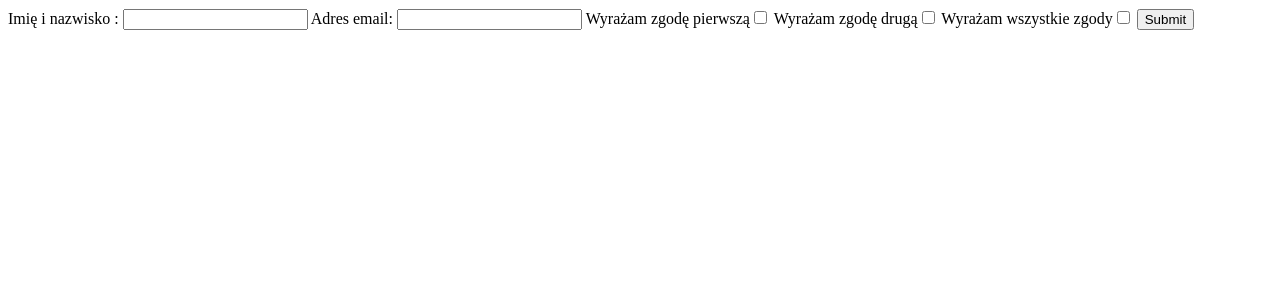
Repository: magdaf41/JavaScript
Page: JS DOM zadanie_5/index.html
The author's editor kept a copy of each file at every save. The page is drawn from the files as they stood at one save, then again after the next save.
The browser window is 1280 px wide. The pictures show the whole page.

Above is the page before, as saved 2020-09-06 15:33:11.

### JS DOM zadanie_5/index.html
<!DOCTYPE html>
<html lang="en">

<head>
    <meta charset="UTF-8">
    <meta name="viewport" content="width=device-width, initial-scale=1.0">
    <title>Warsztat 2 - Obsługa formularza</title>
    <link rel="stylesheet" href="css/style.css">
</head>

<body>
    <form id="form" action="">
        <label>Imię  i nazwisko : <input type="text" name="name" value=""></label>
        <label>Adres email: <input type="text" name="email" id="email"> </label>

        <label>Wyrażam zgodę pierwszą<input type="checkbox" name="accept_1" id="accept"></label>
        <label>Wyrażam zgodę drugą<input type="checkbox" name="accept_2" id="accept"></label>
        <label>Wyrażam wszystkie zgody<input type="checkbox" name="allAccept" id="allAccept"></label>
        <input id="submit" type="submit" value="Submit">
    </form>


    <script src="js/script.js"></script>
</body>

</html>

### JS DOM zadanie_5/css/style.css
input [type =("text")] {
    display: block;
}

### JS DOM zadanie_5/js/script.js
const send = (event) => {
    event.preventDefault();
    let fname = document.querySelector('[name = "fname"');
    let lname = document.querySelector('[name ="lname"');
    console.log(`Imię: ${fname.value}, Nazwisko: ${lname.value}`);
}

let form = document.getElementById('form');
form.addEventListener('submit', send);

After the next save:
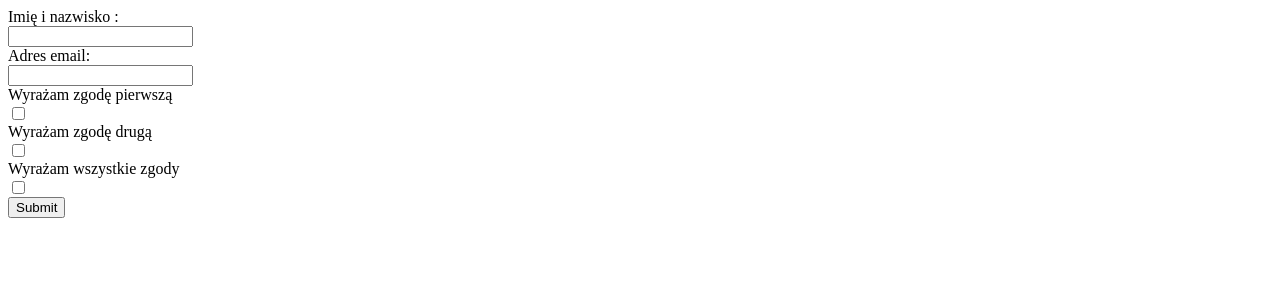
Saved 10 s later.
--- a/JS DOM zadanie_5/css/style.css
+++ b/JS DOM zadanie_5/css/style.css
@@ -1,3 +1,3 @@
-input [type =("text")] {
+input  {
     display: block;
 }
